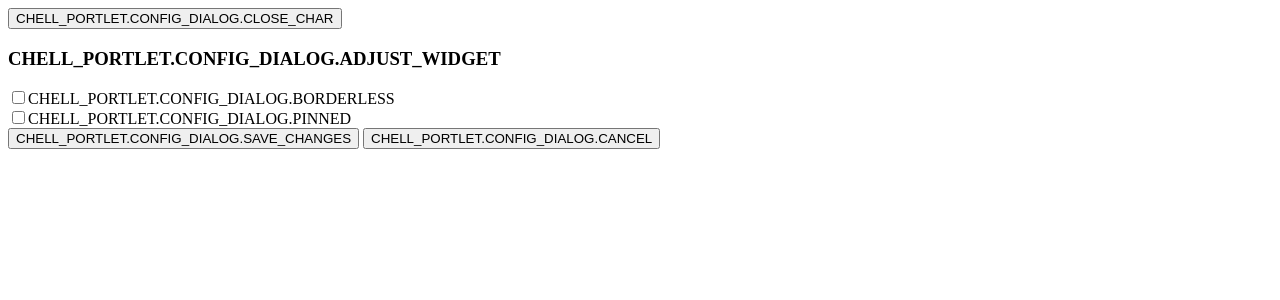
Repository: rvillars/chell-portlet
Page: src/templates/portlet-config-dialog.tpl.html
The author's editor kept a record of every edit. The page is drawn from the files as they stood at one moment, then again after the next edit.
The browser window is 1280 px wide. The pictures show the whole page.

Above is the page before.

After the next edit:
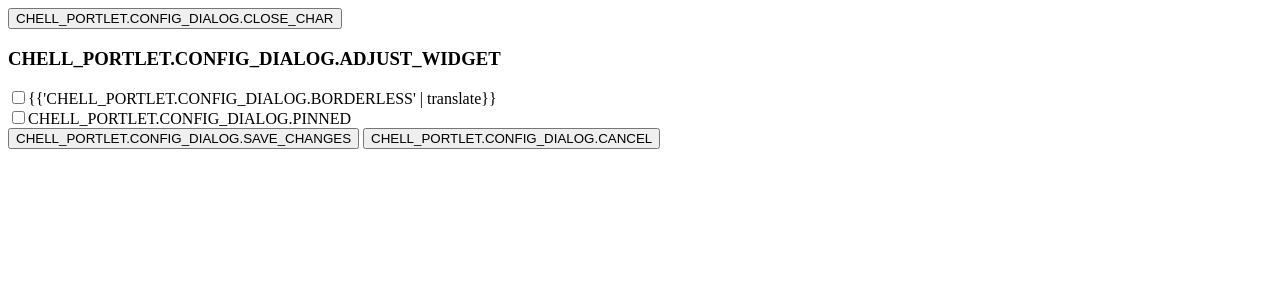
The edit:
--- a/src/templates/portlet-config-dialog.tpl.html
+++ b/src/templates/portlet-config-dialog.tpl.html
@@ -9,7 +9,7 @@
             <tab heading="{{'CHELL_PORTLET.CONFIG_DIALOG.PORTLET_CONFIG' | translate}}">
                 <div class="checkbox">
                     <label>
-                        <input type="checkbox" ng-model="config.borderless">CHELL_PORTLET.CONFIG_DIALOG.BORDERLESS
+                        <input type="checkbox" ng-model="config.borderless">{{'CHELL_PORTLET.CONFIG_DIALOG.BORDERLESS' | translate}}
                     </label>
                 </div>
                 <div class="checkbox">
